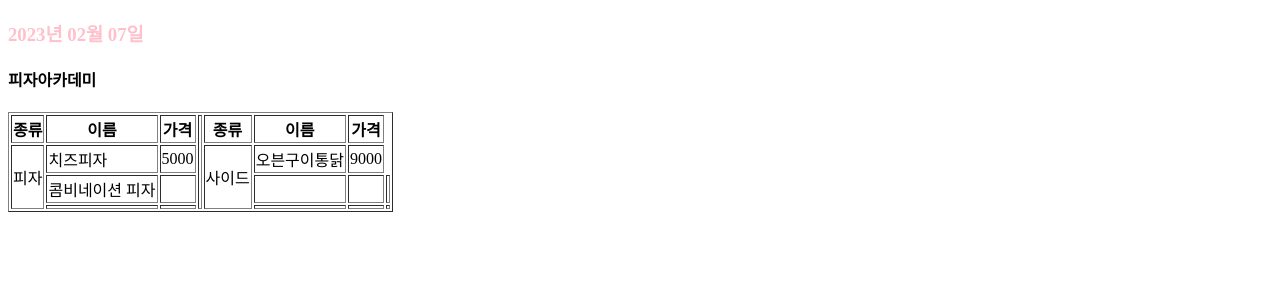
Repository: yejin0220/Web-workspace1
Page: http://localhost/2_JSP/views/04_PizzaOrderForm.jsp
These files come from the project's save history. The page is drawn as it stood at one moment and after the next save; the edit follows.
The browser window is 1280 px wide. The pictures show the whole page.
The page is served by Tomcat 9.

Above is the page before, as saved 2023-02-09 00:59:56.

### 2_JSP/WebContent/views/04_PizzaOrderForm.jsp
<%@ page import="java.util.Date, java.text.SimpleDateFormat" %>
<%@ page language="java" contentType="text/html; charset=UTF-8"
    pageEncoding="UTF-8"%>
<!DOCTYPE html>
<html>
<head>
<meta charset="UTF-8">
<title>피자 주문 페이지</title>
<style>
	h3{color:pink;}
</style>
</head>
<body>

	<%

		Date date = new Date();
		SimpleDateFormat sdf = new SimpleDateFormat("yyyy년 MM월 dd일");
		String today = sdf.format(date);

	%>

	<h3><%= today %></h3>

	<h4>피자아카데미</h4>

	<table border="1">
		<tr>
			<th>종류</th>
			<th>이름</th>
			<th>가격</th>
			<th rowspan="4"></th>
			<th>종류</th>
			<th>이름</th>
			<th>가격</th>
		</tr>
		<tr>
			<td rowspan="3">피자</td>
			<td>치즈피자</td>
			<td>5000</td>
			<td rowspan="3">사이드</td>
			<td>오븐구이통닭</td>
			<td>9000</td>

		</tr>
		<tr>
			<td>콤비네이션 피자</td>
			<td></td>
			<td></td>
			<td></td>
			<td></td>

		</tr>
		<tr>
			<td></td>
			<td></td>
			<td></td>
			<td></td>
			<td></td>

		</tr>




	</table>








</body>
</html>

After the next save:
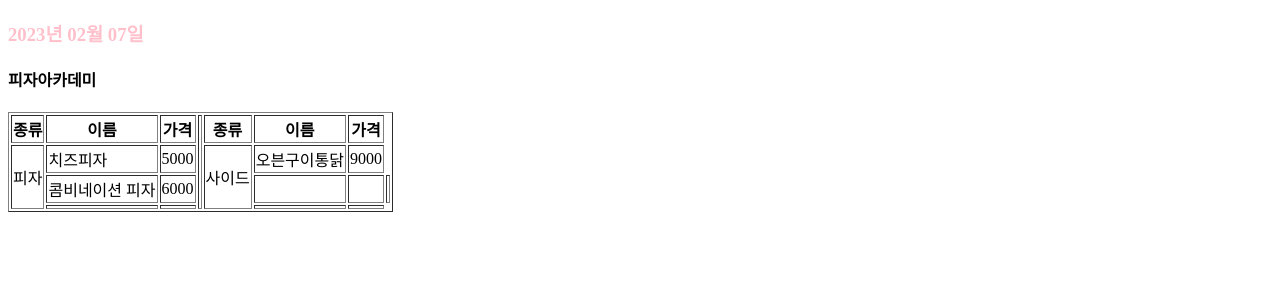
Saved 38 s later.
--- a/2_JSP/WebContent/views/04_PizzaOrderForm.jsp
+++ b/2_JSP/WebContent/views/04_PizzaOrderForm.jsp
@@ -45,14 +45,13 @@
 		</tr>
 		<tr>
 			<td>콤비네이션 피자</td>
-			<td></td>
+			<td>6000</td>
 			<td></td>
 			<td></td>
 			<td></td>
 
 		</tr>
 		<tr>
-			<td></td>
 			<td></td>
 			<td></td>
 			<td></td>
